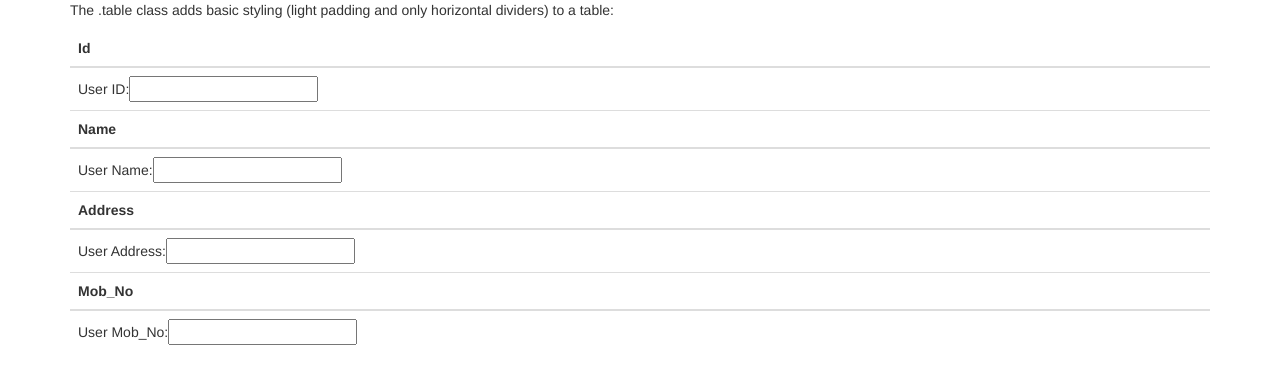
Repository: priyankateli27/priyanka
Page: SirAssignment/src/main/webapp/information.html
These files come from the project's save history. The page is drawn as it stood at one moment and after the next save; the edit follows.
The browser window is 1280 px wide. The pictures show the whole page.

Above is the page before, as saved 2016-07-15 11:09:28.

### SirAssignment/src/main/webapp/information.html
<!DOCTYPE html>
<html lang="en">
<head>
  <title>Student record</title>
  <meta charset="utf-8">
  <meta name="viewport" content="width=device-width, initial-scale=1">
  <link rel="stylesheet" href="http://maxcdn.bootstrapcdn.com/bootstrap/3.3.6/css/bootstrap.min.css">
  <script src="https://ajax.googleapis.com/ajax/libs/jquery/1.12.4/jquery.min.js"></script>
  <script src="http://maxcdn.bootstrapcdn.com/bootstrap/3.3.6/js/bootstrap.min.js"></script>
</head>
<body>
<form action="table" method="post">
<div class="container">

  <p>The .table class adds basic styling (light padding and only horizontal dividers) to a table:</p>
  <table class="table">
    <thead>
      <tr>
        <th>Id</th>
        <tr>
        <td>
         User ID:<input type="text" name="userID">
         </td>
         </tr>

        <th>Name</th>
        <tr>
        <td>
         User Name:<input type="text" name="userName">
         </td>
         </tr>

        <th>Address</th>
        <tr>
        <td>
         User Address:<input type="text" name="userAddress">
         </td>
         </tr>

        <th>Mob_No</th>
        <tr>
        <td>
         User Mob_No:<input type="text" name="userMob_No">
         </td>
         </tr>

      </tr>
    </thead>

  </table>
</div>

</body>
</html>

After the next save:
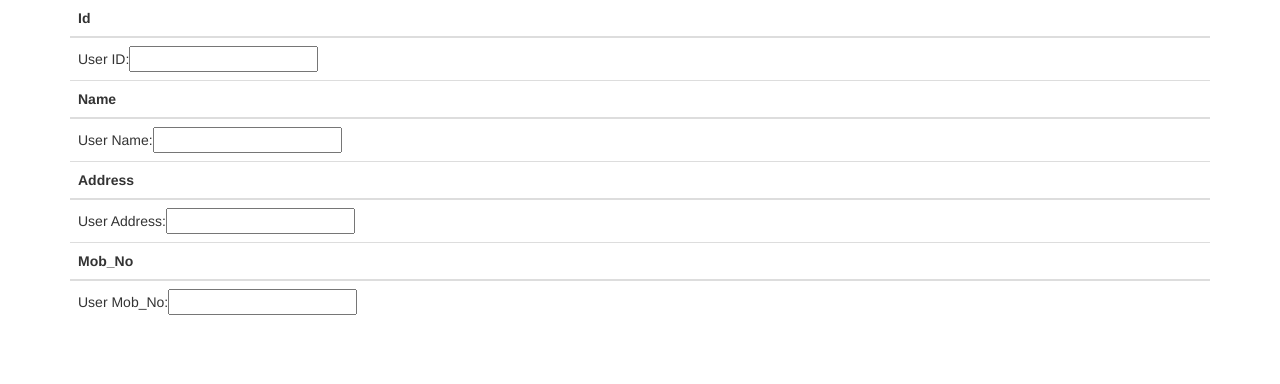
Saved 71 s later.
--- a/SirAssignment/src/main/webapp/information.html
+++ b/SirAssignment/src/main/webapp/information.html
@@ -12,7 +12,7 @@
 <form action="table" method="post">
 <div class="container">
 
-  <p>The .table class adds basic styling (light padding and only horizontal dividers) to a table:</p>
+
   <table class="table">
     <thead>
       <tr>
